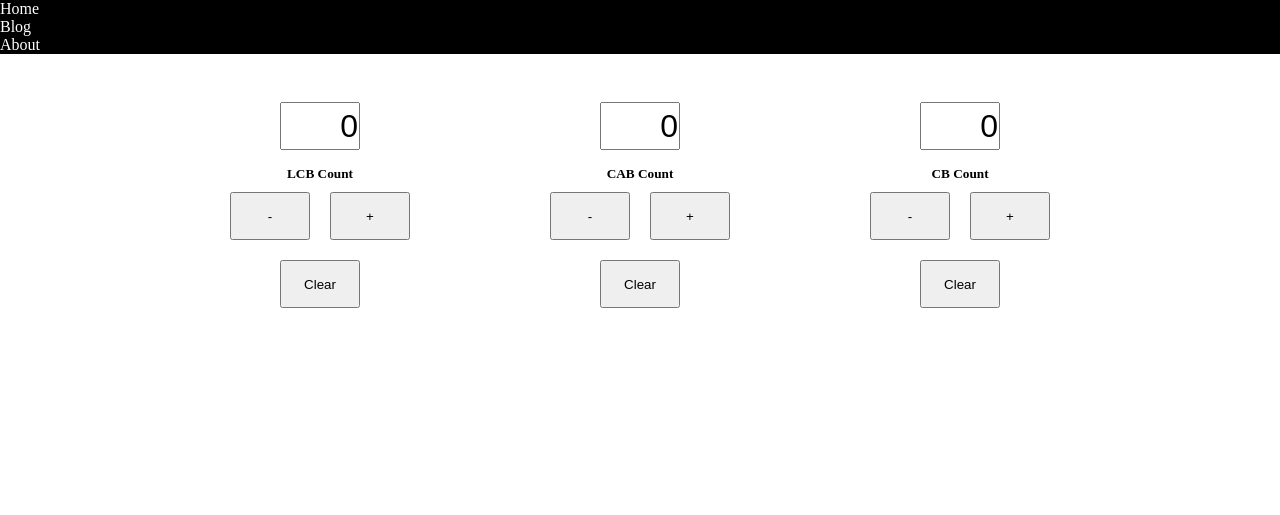
Repository: suraj-yadav7/SwitchWorkflow-Count-reactjs
Page: /
These files come from the project's save history. The page is drawn as it stood at one moment and after the next save; the edit follows.
The browser window is 1280 px wide. The pictures show the whole page.
The project was rebuilt for these pictures with package versions that can differ from the ones it lists, and the page was loaded fresh each time.

Above is the page before, as saved 2023-04-17 18:31:55.

### src/App.js
import './App.css';
import TitleCount from './Components/TitleCount';

function App() {
  return (
    <>
    <TitleCount />
    </>
  );
}

export default App;

### src/App.css
*{
  margin: 0;
  padding: 0;
  box-sizing: border-box;
}

button{
  width: 5rem;
  margin: 10px;
  height: 3rem;
}
/* Nav bar */
nav{
  background-color: black;
  color: white;
  font: 400 4rem ;
}

.container1{
  display:flex ;
  justify-content: center;
  align-items: center;
  gap: 2rem;
  padding: 2rem;
}

.card-body{
  text-align: center;
}

.card >input{
  width: 5rem;
  height: 3rem;
  font-size: 2rem;
  text-align: right;
  margin:1rem  6.5rem;
}

### src/Components/TitleCount.jsx
import React from 'react'
import { useState, useEffect } from 'react'
const TitleCount = () => {

    const [lcbCount, setLcbCount] = useState(parseInt(localStorage.getItem("lcbKey")) || 0)

    useEffect(()=>{
        localStorage.setItem("lcbKey", lcbCount)
    },[lcbCount])

    return (
        <>
        <nav>
                <ul>
                    <li>Home</li>
                    <li>Blog</li>
                    <li>About</li>
                </ul>
        </nav>
            <div className="container1">
                <div class="card" style={{width: "18rem"}}>
                    <input type='text' name="lcbCount" value={lcbCount}/>
                    <div class="card-body">
                        <h5 class="card-title">LCB Count</h5>
                        <button onClick={()=>setLcbCount(val => (lcbCount>0 ? val-1: 0))}>-</button>
                        <button onClick={()=>setLcbCount(val => val+1)}>+</button>
                        <button onClick={()=>setLcbCount(0)}>Clear</button>
                    </div>
                </div>
                <div class="card" style={{width: "18rem"}}>
                    <input type='text' name="lcbCount" value={lcbCount}/>
                    <div class="card-body">
                        <h5 class="card-title">CAB Count</h5>
                        <button onClick={()=>setLcbCount(val => (lcbCount>0 ? val-1: 0))}>-</button>
                        <button onClick={()=>setLcbCount(val => val+1)}>+</button>
                        <button onClick={()=>setLcbCount(0)}>Clear</button>
                    </div>
                </div>
                <div class="card" style={{width: "18rem"}}>
                    <input type='text' name="lcbCount" value={lcbCount}/>
                    <div class="card-body">
                        <h5 class="card-title">CB Count</h5>
                        <button onClick={()=>setLcbCount(val => (lcbCount>0 ? val-1: 0))}>-</button>
                        <button onClick={()=>setLcbCount(val => val+1)}>+</button>
                        <button onClick={()=>setLcbCount(0)}>Clear</button>
                    </div>
                </div>
            </div>

        </>
    )
}

export default TitleCount

Loaded but not shown: src/index.js (common file)

After the next save:
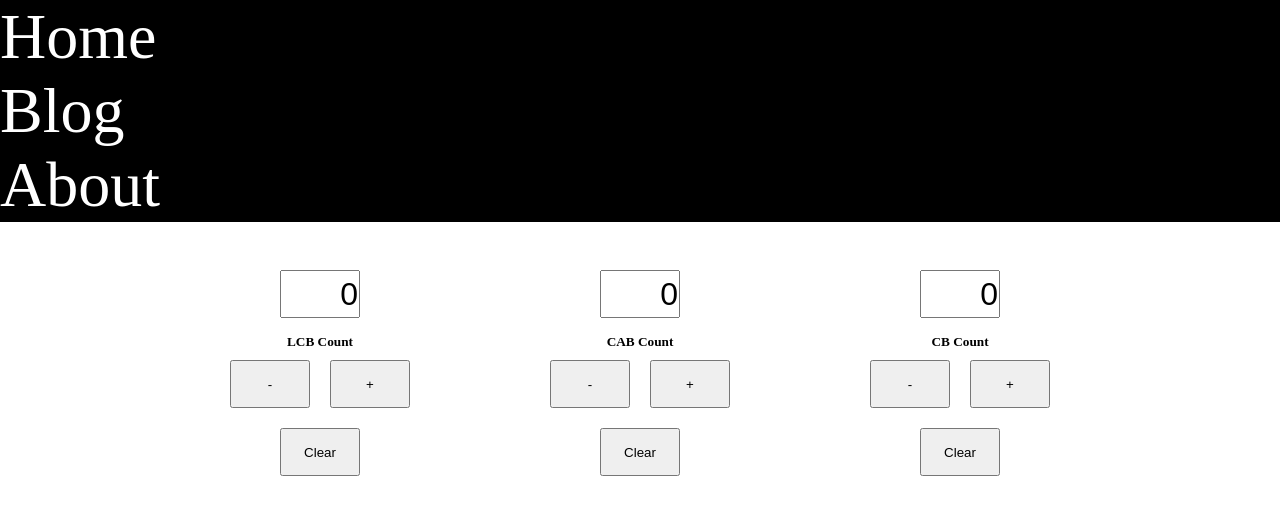
Saved 16 s later.
--- a/src/App.css
+++ b/src/App.css
@@ -13,7 +13,7 @@
 nav{
   background-color: black;
   color: white;
-  font: 400 4rem ;
+  font: 400 4rem san-serif;
 }
 
 .container1{

After the save that followed:
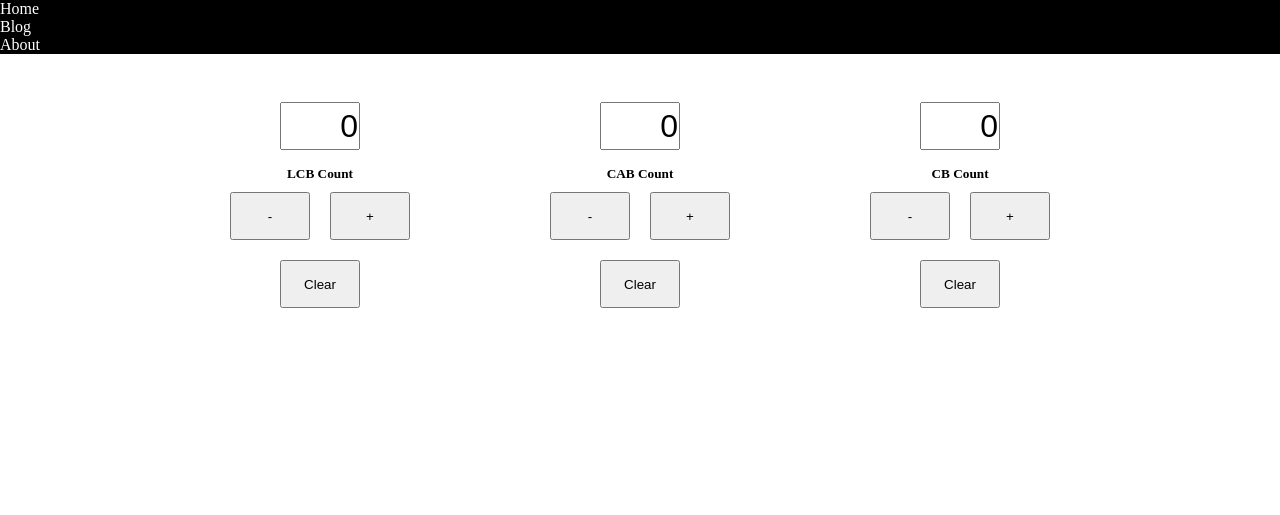
Saved 7 s later.
--- a/src/App.css
+++ b/src/App.css
@@ -13,7 +13,7 @@
 nav{
   background-color: black;
   color: white;
-  font: 400 4rem san-serif;
+  font: 400 1rem san-serif;
 }
 
 .container1{
